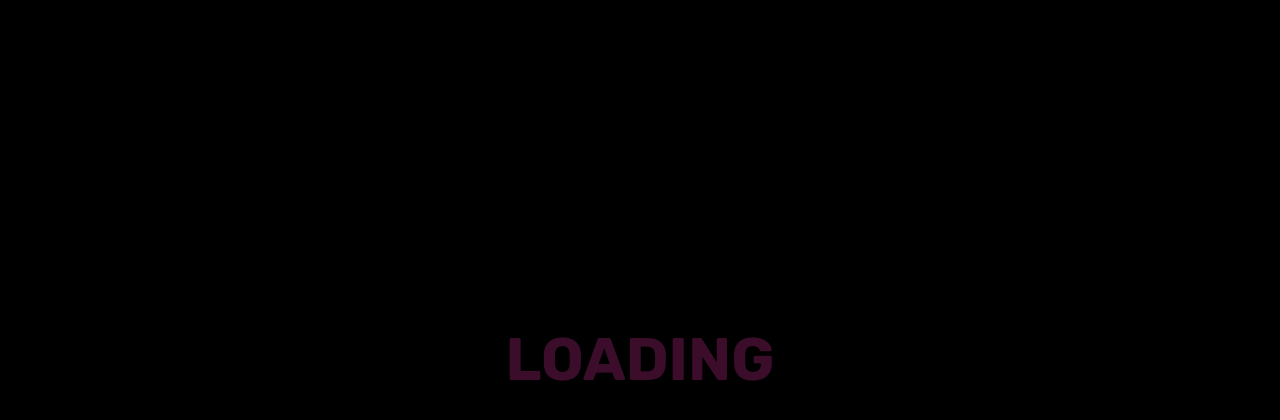
Repository: Shenixo/QuizApp
Page: /
These files come from the project's save history. The page is drawn as it stood at one moment and after the next save; the edit follows.
The browser window is 1280 px wide. The pictures show the whole page.
The page's requests for data from a server got no answer. The project was rebuilt for these pictures with package versions that can differ from the ones it lists, and the page was loaded fresh each time. No one was signed in, and anything a server would have sent is missing. Also part of the build but not shown: vite.config.js, src/App.css, src/Components/Navbar/Navbar.jsx, src/Components/Option/Option.jsx, src/Pages/Game/Game.jsx.

Above is the page before, as saved 2025-03-31 22:16:12.

### index.html
<!doctype html>
<html lang="en">
  <head>
    <meta charset="UTF-8" />
    <link rel="icon" type="image/svg+xml" href="/vite.svg" />
    <meta name="viewport" content="width=device-width, initial-scale=1.0" />
    <link rel="preconnect" href="https://fonts.googleapis.com">
<link rel="preconnect" href="https://fonts.gstatic.com" crossorigin>
<link href="https://fonts.googleapis.com/css2?family=Rubik:ital,wght@0,300..900;1,300..900&display=swap" rel="stylesheet">
    <title>Quiz App</title>
  </head>
  <body>
    <div id="root"></div>
    <script type="module" src="/src/main.jsx"></script>
  </body>
</html>

### src/main.jsx
import { StrictMode } from "react";
import { createRoot } from "react-dom/client";
import "./index.css";
import App from "./App.jsx";
import Context from "./Store/Context.jsx";
import { QueryClient, QueryClientProvider } from "@tanstack/react-query";
import { BrowserRouter } from "react-router-dom";

const queryClient = new QueryClient();
createRoot(document.getElementById("root")).render(
  <StrictMode>
    <QueryClientProvider client={queryClient}>
      <BrowserRouter>
        <Context>
          <App />
        </Context>
      </BrowserRouter>
    </QueryClientProvider>
  </StrictMode>
);

### src/index.css
@tailwind base;
@tailwind components;
@tailwind utilities;

*{
    padding: 0;
    margin: 0;
    box-sizing: border-box;
    font-family: "Rubik", sans-serif;
}
.dark{
    background: red;
}

### src/App.jsx
import { Route, Routes, useNavigate } from "react-router-dom";
import "./App.css";
import Game from "./Pages/Game/Game"
import { useAppContext } from "./Store/Context";
import Progress from "./Pages/Progress/Progress";

function App() {
  const { isDarkMode } = useAppContext();
  return (
    <div>
      <Routes>
        <Route path="/" element={<Progress/>}/>
        <Route path="/game" element={  <Game />}/>
      </Routes>

    </div>
  );
}

export default App;

### src/Store/Context.jsx
import React from "react";
import axios from "axios";
import { useQuery } from "@tanstack/react-query";
import { useNavigate } from "react-router-dom";

const AppContext = React.createContext({
  isDarkMode: false,
  toggleTheme: () => {},
  data: [],
  isLoading: false,
  isError: false,
});

const Context = ({ children }) => {
  const [isDarkMode, setIsDarkMode] = React.useState(false);
  const toggleTheme = () => {
    setIsDarkMode((prev) => !prev);
  };

  const fetchData = async () => {
    const response = await axios.get(
      "https://the-trivia-api.com/v2/questions",
      {
        params: { limit: 200 },
      }
    );

    return response.data;

    // const uniqueData = Array.from(
    //   new Map(response.data.map((q) => [q.id, q])).values()
    // );
    // return uniqueData;
  };
  const [questions, setQuestions] = React.useState([]);
  const [loading, setLoading] = React.useState(false);
  // isLoading won't work extra logic
  const { data, isLoading, isError } = useQuery({
    queryKey: ["questions"],
    queryFn: fetchData,
    refetchInterval: questions.length < 250 ? 10000 : false,
    enabled: questions.length < 250,
  });
  React.useEffect(() => {
    if (data)
      setQuestions((prev) => {
        const merged = [...prev, ...data];
        const uniqueQuestions = Array.from(
          new Map(merged.map((q) => [q.id, q])).values()
        );
        return uniqueQuestions;
      });
  }, [data]);
  React.useEffect(() => {
    if (questions.length < 250) setLoading(true);
    else setLoading(false);
  }, [questions]);

  console.log(data);

  const ctxValue = {
    isDarkMode,
    toggleTheme,
    data: questions,
    loading,
    isError,
  };

  console.log({ data });
  console.log({ questions });
  console.log(loading);

  return <AppContext.Provider value={ctxValue}>{children}</AppContext.Provider>;
};

export default Context;

export function useAppContext() {
  const context = React.useContext(AppContext);
  if (!context) throw new Error("Context must be used within the provider");
  return context;
}

### src/Pages/Progress/Progress.jsx
import React, { useState, useEffect } from "react";

const LoadingText = () => {
  const [count, setCount] = useState(0);

  useEffect(() => {
    let interval = setInterval(() => {
      setCount((prev) => (prev < 100 ? prev + 1 : 100));
    }, 100);

    return () => clearInterval(interval);
  }, []);

  return (
    <div className="flex items-center justify-center w-full h-screen bg-black">
      <div className="relative text-6xl font-bold">
        {/* Masked Text */}
        <h1
          className="absolute inset-0 bg-gradient-to-r bg bg-clip-text text-transparent"
          style={{
            width: `${count}%`,
            whiteSpace: "nowrap",
            overflow: "hidden",
          }}
        >
          LOADING
        </h1>

        {/* Base Text */}
        <h1 className="text-[#3c0d2a]">LOADING</h1>
      </div>
    </div>
  );
};

export default LoadingText;

### tailwind.config.js
/** @type {import('tailwindcss').Config} */
export default {
  content: [
    "./index.html",
    "./src/**/*.{js,ts,jsx,tsx}",
  ],
  theme: {
    extend: {
      gridTemplateColumns: {
        cols: "1fr 1fr"
      },
      colors: {
        primary: "#313e51",
      }
    },
  },
  plugins: [],
}

After the next save:
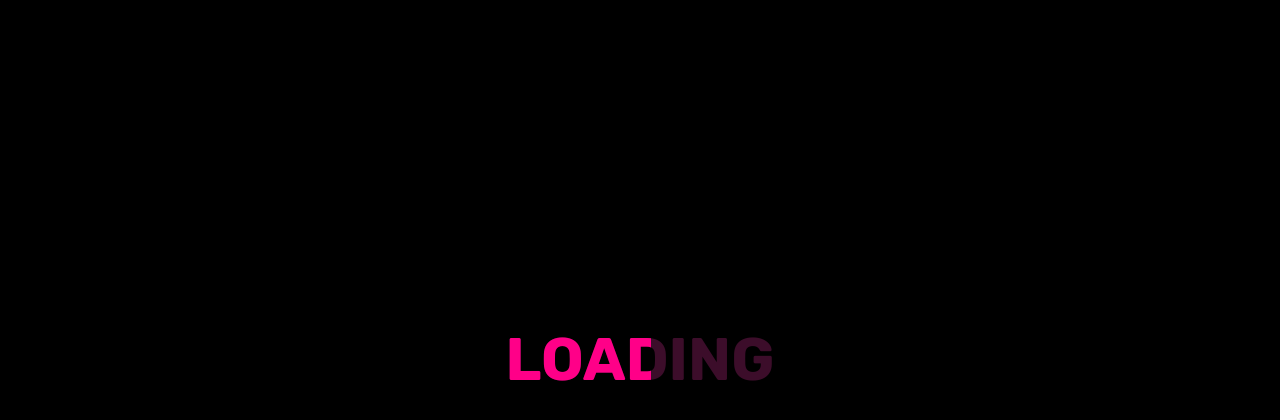
Saved 4 s later.
--- a/src/Pages/Progress/Progress.jsx
+++ b/src/Pages/Progress/Progress.jsx
@@ -16,7 +16,7 @@
       <div className="relative text-6xl font-bold">
         {/* Masked Text */}
         <h1
-          className="absolute inset-0 bg-gradient-to-r bg bg-clip-text text-transparent"
+          className="absolute inset-0 bg-gradient-to-r bg-[#ff0088] bg-clip-text text-transparent"
           style={{
             width: `${count}%`,
             whiteSpace: "nowrap",
